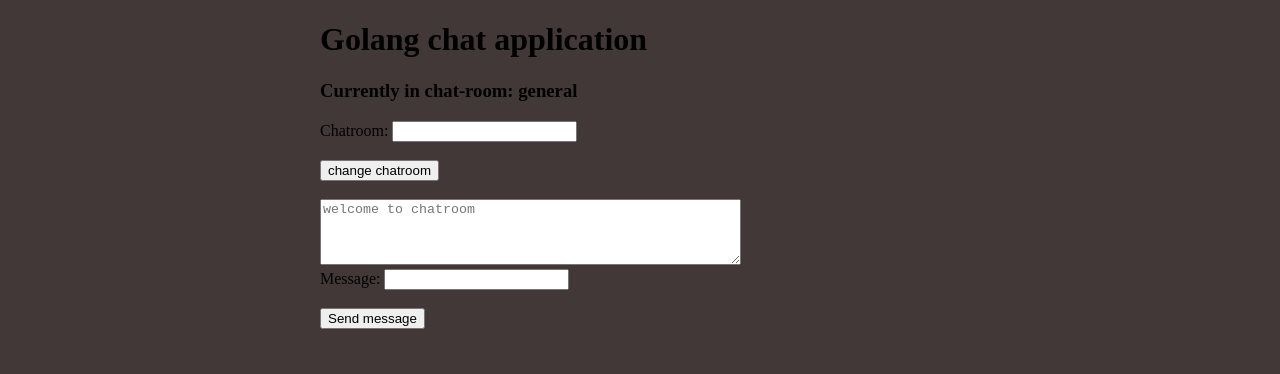
Repository: Lakshyyaa/SimpleWSserver
Page: frontend/index.html
The author's editor kept a copy of each file at every save. The page is drawn from the files as they stood at one save, then again after the next save.
The browser window is 1280 px wide. The pictures show the whole page.

Above is the page before, as saved 2024-10-30 20:16:10.

### frontend/index.html
<!DOCTYPE html>
<html lang="en">
  <head>
    <meta charset="UTF-8" />
    <meta name="viewport" content="width=device-width, initial-scale=1.0" />
    <title>websockets</title>
  </head>
  <body>
    <div class="center">
      <h1>Golang chat application</h1>
      <h3>Currently in chat-room: general</h3>
      <form action="" id="select-room">
        <label for="chatroom">Chatroom: </label>
        <input type="text" id="chatroom" name="chatroom" />
        <br />
        <br />
        <input type="submit" value="change chatroom" />
      </form>
      <br />
      <textarea
        class="messagearea"
        id="chatmessages"
        readonly
        name="chatmessages"
        rows="4"
        cols="50"
        placeholder="welcome to chatroom"
      ></textarea>
      <br />
      <form id="chatroom-message">
        <label for="message">Message: </label>
        <input type="text" id="message" name="message" />
        <br />
        <br />
        <input type="submit" value="Send message" />
      </form>
    </div>
    <script>
      var selectedChat = "general";
      function changeRoom() {
        var newRoom = document.getElementById("chatroom");
        if (newRoom != null && newRoom.value != selectedChat) {
          console.log(newRoom);
        }
        return false;
      }
      function sendMessage() {
        var newMessage = document.getElementById("message");
        if (newMessage != null) {
          console.log(newMessage);
        }
        return false;
      }
      window.onload = function () {
        document.getElementById("select-room").onsubmit = changeRoom;
        document.getElementById("chatroom-message").onsubmit = sendMessage;
      };
      if (window["WebSocket"]) {
        console.log("yes it has websockets");
      } else {
        alert("NO WB support");
      }
    </script>
    <style type="text/css">
      body {
        overflow: hidden;
        padding: 0;
        margin: 0;
        width: 100%;
        height: 100%;
        background: rgb(66, 56, 56);
      }
      .center{
        margin: auto;
        width: 50%;
        border: 3pc;
      }
    </style>
  </body>
</html>

After the next save:
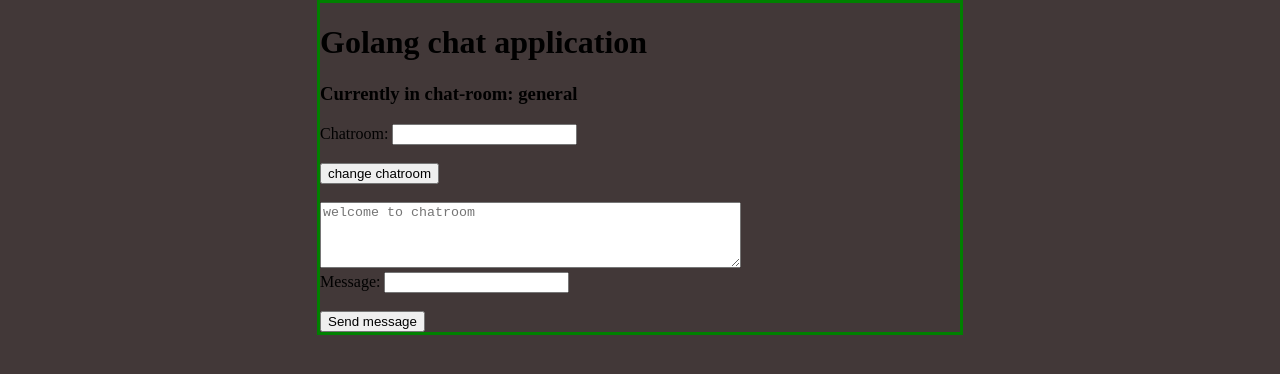
Saved 5 s later.
--- a/frontend/index.html
+++ b/frontend/index.html
@@ -73,7 +73,7 @@
       .center{
         margin: auto;
         width: 50%;
-        border: 3pc;
+        border: 3px solid green;
       }
     </style>
   </body>
